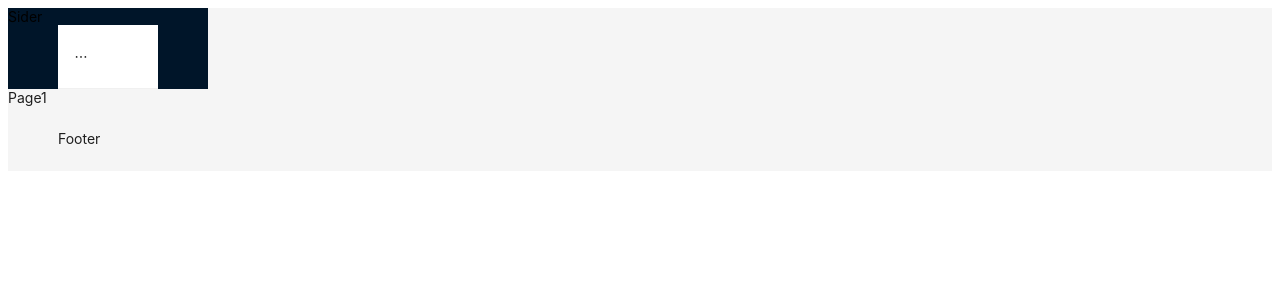
Repository: BESTETURKMEN/e-commerce
Page: /#/
These files come from the project's save history. The page is drawn as it stood at one moment and after the next save; the edit follows.
The browser window is 1280 px wide. The pictures show the whole page.
The project was rebuilt for these pictures with package versions that can differ from the ones it lists, and the page was loaded fresh each time. Also part of the build but not shown: webpack.config.js, src/layout/layout.scss, src/pages/page2.jsx, src/pages/page3.jsx.

Above is the page before, as saved 2023-08-21 09:57:33.

### public/index.html
<!DOCTYPE html>
<html lang="en">
  <head>
    <meta charset="utf-8" />

    <meta name="viewport" content="width=device-width, initial-scale=1" />
    <meta name="theme-color" content="#000000" />
    <meta
      name="description"
      content="Web site created using create-react-app"
    />
    <link rel="apple-touch-icn" href="" />

    <title>React App</title>
  </head>
  <body>
    <noscript>You need to enable JavaScript to run this app.</noscript>
    <div id="root"></div>
  </body>
</html>

### src/index.js
import React from "react";
import ReactDOM from "react-dom/client";

import { HashRouter } from "react-router-dom";

import reportWebVitals from "./reportWebVitals";
import RouteWrapper from "./config/routeWrapper";

const root = ReactDOM.createRoot(document.getElementById("root"));
root.render(
  <React.StrictMode>
    <HashRouter>
      <RouteWrapper />
    </HashRouter>
  </React.StrictMode>
);

// If you want to start measuring performance in your app, pass a function
// to log results (for example: reportWebVitals(console.log))
// or send to an analytics endpoint. Learn more: https://bit.ly/CRA-vitals
reportWebVitals();

### src/config/routeWrapper.jsx
import React from "react";
import { Route, Routes } from "react-router";

import Index from "../layout";
import Page1 from "../pages/page1";
import Page2 from "../pages/page2";
import Page3 from "../pages/page3";

export default function RouteWrapper() {
  return (
    <div>
      <Routes>
        <Route element={<Index />}>
          <Route path="/" element={<Page1 />} />
          <Route path="/Page2" element={<Page2 />} />
          <Route path="/Page3" element={<Page3 />} />
        </Route>
      </Routes>
    </div>
  );
}

### src/layout/index.jsx
import React from "react";
import { Outlet } from "react-router";
import { Layout } from "antd";

import Footer from "./footer";
import Header from "./header";

import "./layout.scss";
import Sider from "./sider";
export default function Index() {
  return (
    <div>
      <Layout>
        <Layout.Sider>
          <Sider />
          <Layout>
            <Layout.Header>
              <Header />
            </Layout.Header>
            <Layout.Content className="content">
              <Outlet />
            </Layout.Content>
            <Layout.Footer>
              <Footer />
            </Layout.Footer>
          </Layout>
        </Layout.Sider>
      </Layout>
    </div>
  );
}

### src/pages/page1.jsx
import React from "react";

export default function Page1() {
  return <div>Page1</div>;
}

### src/layout/header.jsx
import { Menu } from "antd";
import React from "react";
import { Link } from "react-router-dom";
import "./layout.scss";

export default function Header() {
  const menu = [
    {
      key: "1",
      label: "Page1",
      path: "/",
    },
    {
      key: "2",
      label: "Page2",
      path: "/Page2",
    },
    {
      key: "3",
      label: "Page3",
      path: "/Page3",
    },
  ];
  return (
    <div>
      <div className="menuLine">
        <Menu mode="horizontal">
          {menu.map((item) => (
            <Menu.Item key={item.key}>
              <Link to={item.path}>{item.label}</Link>
            </Menu.Item>
          ))}
        </Menu>
      </div>
    </div>
  );
}

### src/layout/sider.jsx
import React from "react";

export default function Sider() {
  return <div>Sider</div>;
}

Loaded but not shown: src/reportWebVitals.js (common file); src/layout/footer.jsx (common file)

After the next save:
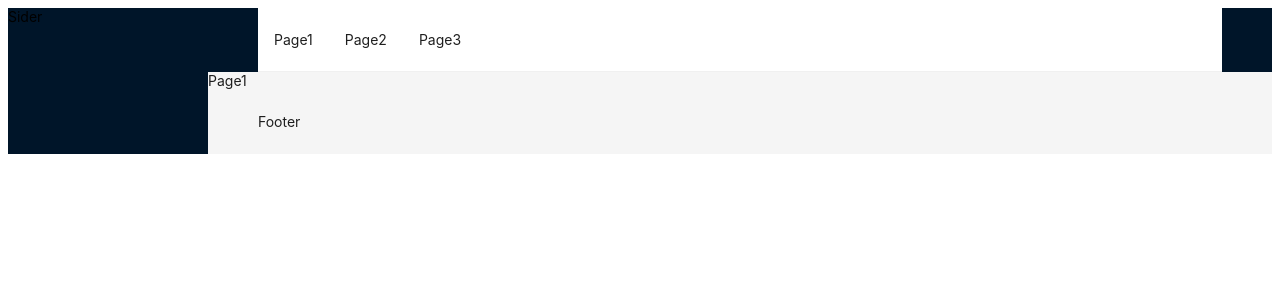
Saved 12 s later.
--- a/src/layout/index.jsx
+++ b/src/layout/index.jsx
@@ -12,19 +12,19 @@ export default function Index() {
     <div>
       <Layout>
         <Layout.Sider>
-          <Sider />
-          <Layout>
-            <Layout.Header>
-              <Header />
-            </Layout.Header>
-            <Layout.Content className="content">
-              <Outlet />
-            </Layout.Content>
-            <Layout.Footer>
-              <Footer />
-            </Layout.Footer>
-          </Layout>
+          <Sider />{" "}
         </Layout.Sider>
+        <Layout>
+          <Layout.Header>
+            <Header />
+          </Layout.Header>
+          <Layout.Content className="content">
+            <Outlet />
+          </Layout.Content>
+          <Layout.Footer>
+            <Footer />
+          </Layout.Footer>
+        </Layout>
       </Layout>
     </div>
   );
